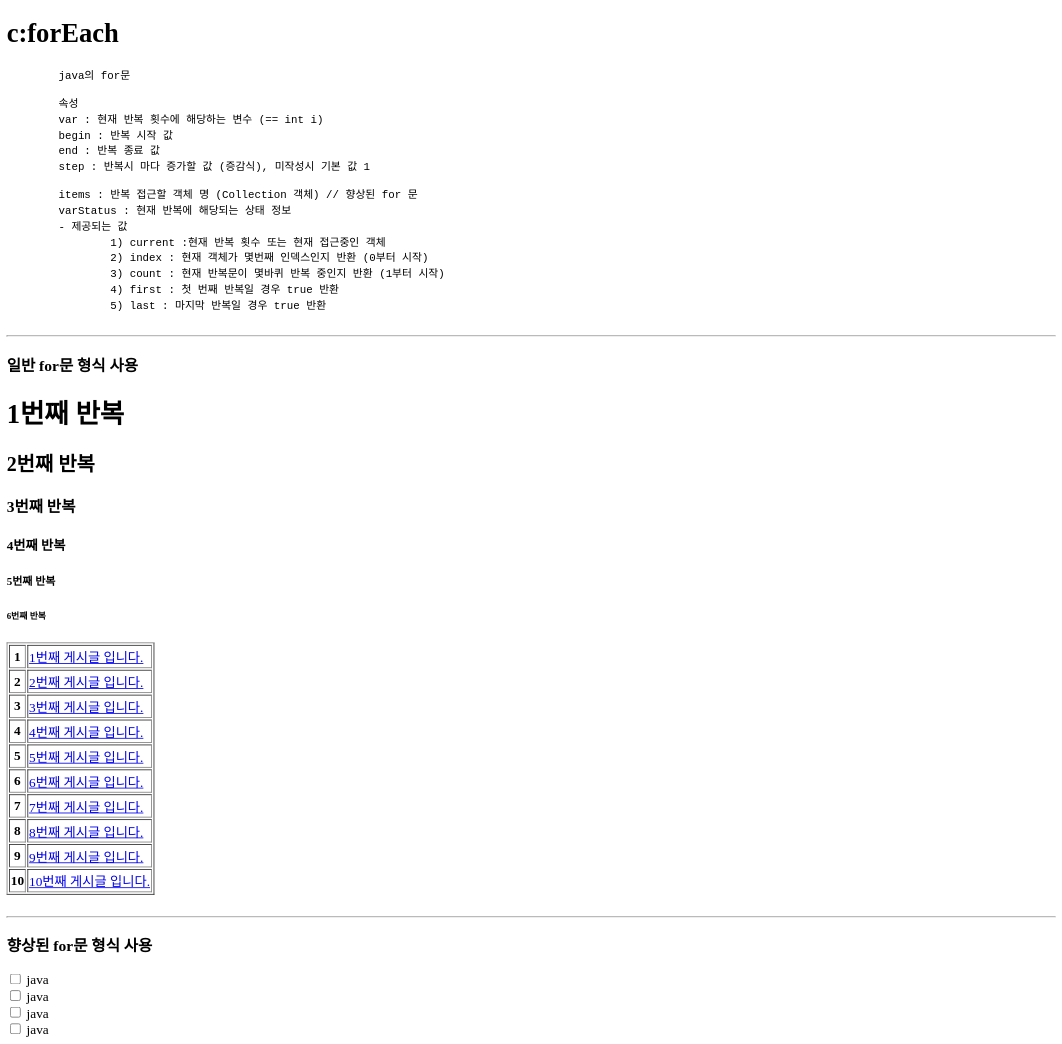
Repository: Seenee-Shin/servlet-jsp
Page: http://localhost/JSPProject/06_JSTL_2.jsp
An editor plug-in stored every save of this project. The page is shown before and after the next save, followed by the edit.
The browser window is 1280 px wide. The pictures show the whole page, at 83% of full size.
The page is served by Tomcat 9.

Above is the page before, as saved 2021-11-30 03:09:52.

After the next save:
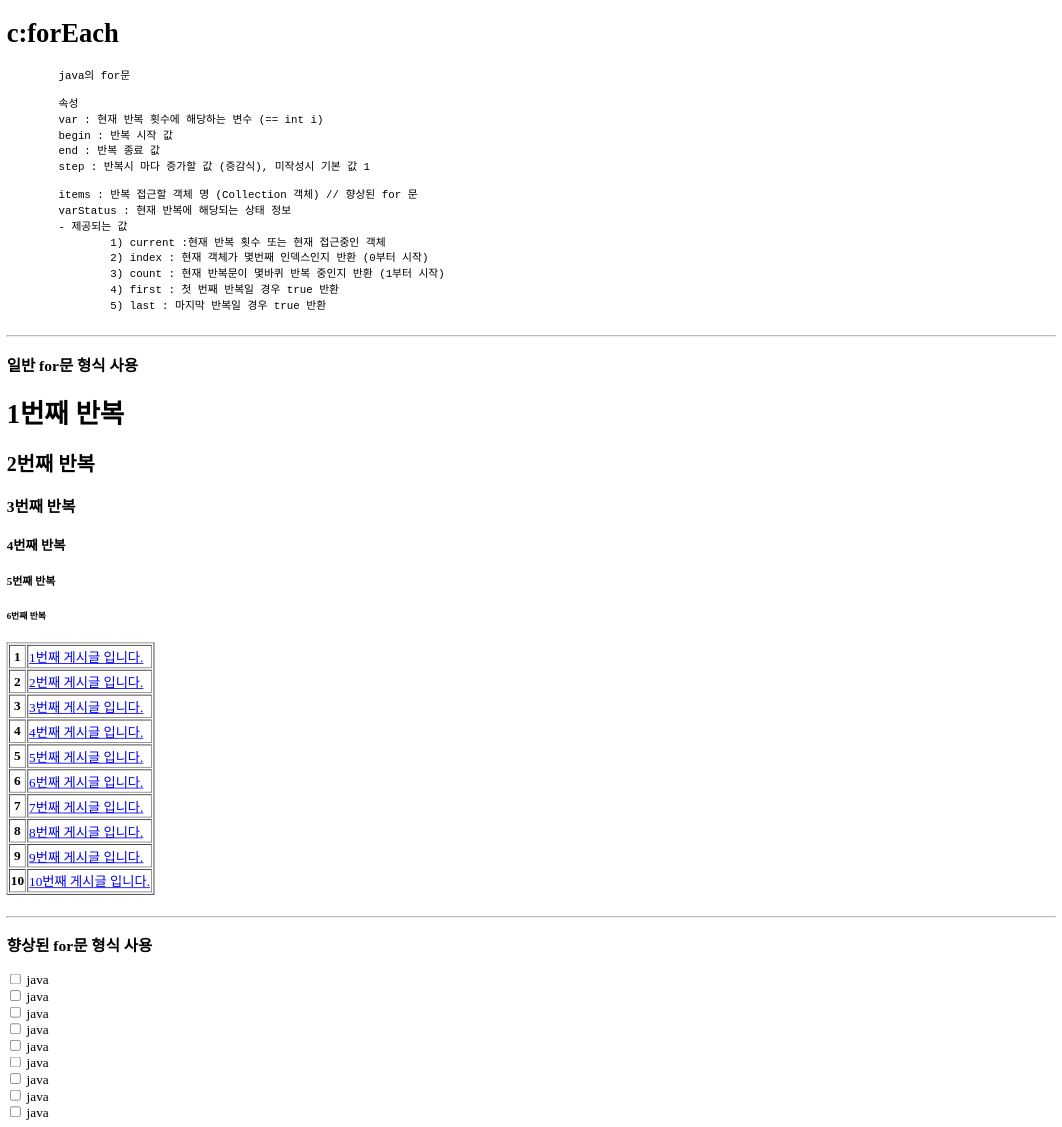
Saved 48 s later.
--- a/JSPProject/src/main/webapp/06_JSTL_2.jsp
+++ b/JSPProject/src/main/webapp/06_JSTL_2.jsp
@@ -52,8 +52,13 @@
 	<form method="get" action="forResult.jsp">
 		<input type="checkbox" name="lang" value="java"> java <br>
 		<input type="checkbox" name="lang" value="sql"> java <br>
+		<input type="checkbox" name="lang" value="jdbc"> java <br>
 		<input type="checkbox" name="lang" value="html"> java <br>
 		<input type="checkbox" name="lang" value="css"> java <br>
+		<input type="checkbox" name="lang" value="javascipt"> java <br>
+		<input type="checkbox" name="lang" value="jQuery"> java <br>
+		<input type="checkbox" name="lang" value="servlet"> java <br>
+		<input type="checkbox" name="lang" value="jsp"> java <br>
 	</form>
 
 </body>
